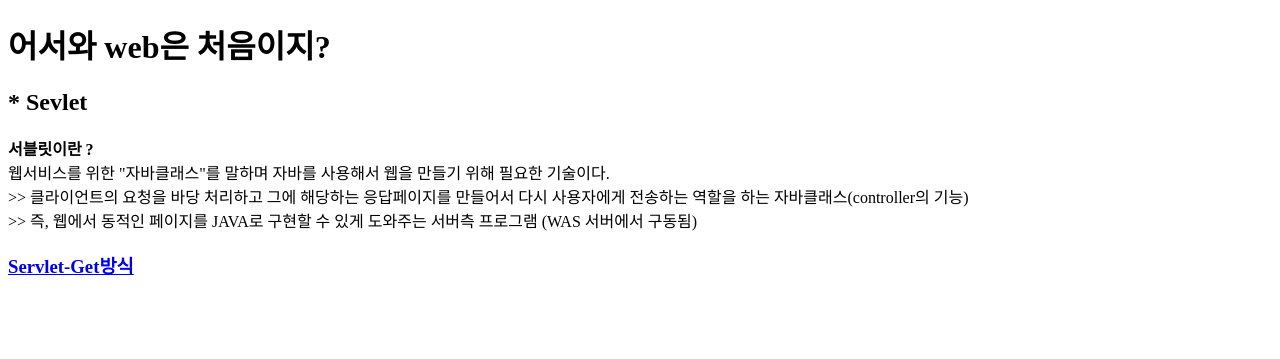
Repository: pje00427/webserver_workspace1
Page: 1_Servlet/WebContent/index.html
These files come from the project's save history. The page is drawn as it stood at one moment and after the next save; the edit follows.
The browser window is 1280 px wide. The pictures show the whole page.

Above is the page before, as saved 2020-08-28 03:07:19.

After the next save:
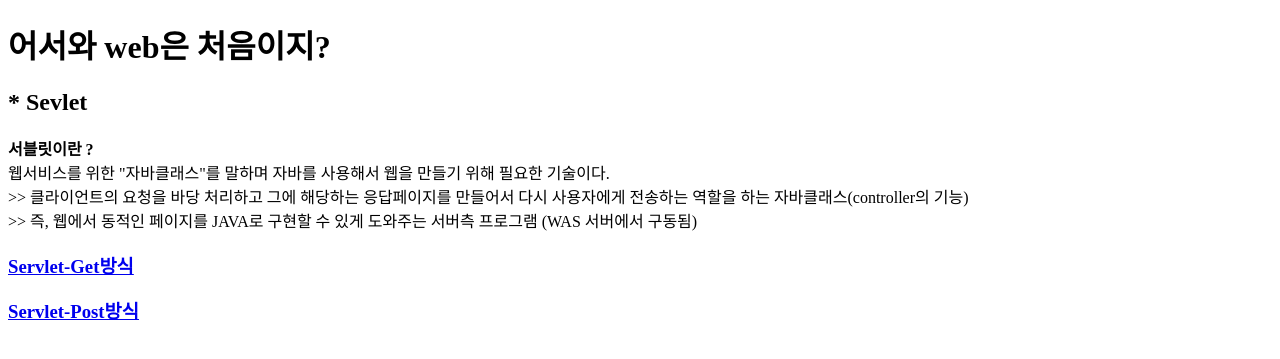
Saved 36 s later.
--- a/1_Servlet/WebContent/index.html
+++ b/1_Servlet/WebContent/index.html
@@ -21,6 +21,6 @@
 	</p>
 
 	<h3><a href="views/requestTest_GET.html">Servlet-Get방식</a></h3>
-
+	<h3><a href="views/requestTest_Post.html">Servlet-Post방식</a></h3>
 </body>
 </html>
